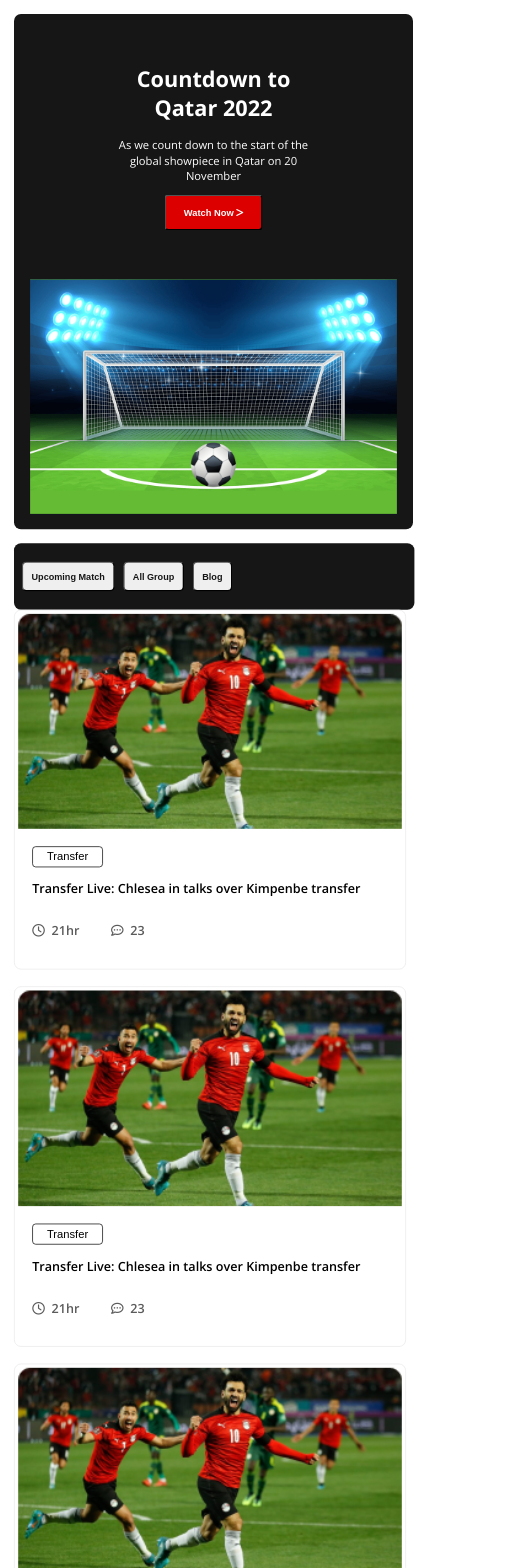
Repository: zjria/Qatar-world-cup
Page: index.html
These files come from the project's save history. The page is drawn as it stood at one moment and after the next save; the edit follows.
The browser window is 600 px wide. The page is 750 px wide, so the pictures cover 750 px, including what lies to the right of the window. The pictures show the part of the page from y = 0 to 2240 px (the page is 4847 px tall), at 70% of full size.

Above is the page before, as saved 2022-09-11 10:20:41.

### index.html
<!DOCTYPE html>
<html lang="en">

<head>
    <meta charset="UTF-8">
    <meta http-equiv="X-UA-Compatible" content="IE=edge">
    <meta name="viewport" content="width=device-width, initial-scale=1.0">
    <title>QATAR WORLD CUP</title>
    <!-- Font Awesome CDN Link -->
    <link rel="stylesheet" href="https://cdnjs.cloudflare.com/ajax/libs/font-awesome/6.2.0/css/all.min.css"
        integrity="sha512-xh6O/CkQoPOWDdYTDqeRdPCVd1SpvCA9XXcUnZS2FmJNp1coAFzvtCN9BmamE+4aHK8yyUHUSCcJHgXloTyT2A=="
        crossorigin="anonymous" referrerpolicy="no-referrer" />
    <!-- Font Awesome CDN Link -->
    <link rel="stylesheet" href="https://cdnjs.cloudflare.com/ajax/libs/font-awesome/6.2.0/css/all.min.css"
        integrity="sha512-xh6O/CkQoPOWDdYTDqeRdPCVd1SpvCA9XXcUnZS2FmJNp1coAFzvtCN9BmamE+4aHK8yyUHUSCcJHgXloTyT2A=="
        crossorigin="anonymous" referrerpolicy="no-referrer" />
    <!-- Custom CSS -->
    <link rel="stylesheet" href="style.css">

</head>

<body>
    <!-- <h1 style="text-align:center;">Allahu Akber</h1> -->


    <!-- Header Section -->
    <header class="header-container">

        <div class="header-text">
            <h1>Countdown to Qatar 2022</h1>
            <p>As we count down to the start of the global showpiece in Qatar on 20 November</p>
            <button>Watch Now <i class="fa-solid fa-greater-than"></i> </button>
        </div>

        <div class="header-img">
            <marquee behavior="alternate" scrollamount="0" direction="">
                <marquee behavior="alternate" scrollamount="0" direction="">
                    <img src="images/Ball.png" class="ball" alt="">
                </marquee>
            </marquee>
        </div>
    </header>


    <!-- Nav Section start HTML -->
    <div class="nav-container">
        <nav class="nav-section">
            <div class="all-button">
                <button><a href="match.html">Upcoming Match</a></button>
                <button><a href="#">All Group</a></button>
                <button><a href="index.html">Blog</a></button>
            </div>
        </nav>

        <!-- Main Section Start HTML  -->
        <main class="main-section">
            <div class="transfer">
                <img src="images/Blog Image.png" alt=""> <br>
                <div class="button-text">
                    <button>Transfer</button>
                    <p>Transfer Live: Chlesea in talks over Kimpenbe transfer</p>
                    <div class="icons">
                        <p><i class="fa-regular fa-clock"></i> <span>21hr</span></p>
                        <p><i class="fa-regular fa-comment-dots"></i> <span> 23</span></p>
                    </div>
                </div>
            </div>
            <div class="transfer">
                <img src="images/Blog Image.png" alt=""> <br>
                <div class="button-text">
                    <button>Transfer</button>
                    <p>Transfer Live: Chlesea in talks over Kimpenbe transfer</p>
                    <div class="icons">
                        <p><i class="fa-regular fa-clock"></i> <span>21hr</span></p>
                        <p><i class="fa-regular fa-comment-dots"></i> <span> 23</span></p>
                    </div>
                </div>
            </div>
            <div class="transfer">
                <img src="images/Blog Image.png" alt=""> <br>
                <div class="button-text">
                    <button>Transfer</button>
                    <p>Transfer Live: Chlesea in talks over Kimpenbe transfer</p>
                    <div class="icons">
                        <p><i class="fa-regular fa-clock"></i> <span>21hr</span></p>
                        <p><i class="fa-regular fa-comment-dots"></i> <span> 23</span></p>
                    </div>
                </div>
            </div>
            <div class="transfer">
                <img src="images/Blog Image.png" alt=""> <br>
                <div class="button-text">
                    <button>Transfer</button>
                    <p>Transfer Live: Chlesea in talks over Kimpenbe transfer</p>
                    <div class="icons">
                        <p><i class="fa-regular fa-clock"></i> <span>21hr</span></p>
                        <p><i class="fa-regular fa-comment-dots"></i> <span> 23</span></p>
                    </div>
                </div>
            </div>
            <div class="transfer">
                <img src="images/Blog Image.png" alt=""> <br>
                <div class="button-text">
                    <button>Transfer</button>
                    <p>Transfer Live: Chlesea in talks over Kimpenbe transfer</p>
                    <div class="icons">
                        <p><i class="fa-regular fa-clock"></i> <span>21hr</span></p>
                        <p><i class="fa-regular fa-comment-dots"></i> <span> 23</span></p>
                    </div>
                </div>
            </div>
            <div class="transfer">
                <img src="images/Blog Image.png" alt=""> <br>
                <div class="button-text">
                    <button>Transfer</button>
                    <p>Transfer Live: Chlesea in talks over Kimpenbe transfer</p>
                    <div class="icons">
                        <p><i class="fa-regular fa-clock"></i> <span>21hr</span></p>
                        <p><i class="fa-regular fa-comment-dots"></i> <span> 23</span></p>
                    </div>
                </div>
            </div>
        </main>
    </div>

    <!-- Only Table -->
    <div class="view-all">
        <Button>View All</Button>
    </div>

    <!-- Footer Section start -->
    <div class="footer-container">
        <div class="footer">
            <h2>Goal</h2>
            <hr>
            <div class="footer-text">
                <ul>
                    <li>Contact Us</li>
                    <li>Terms of Service</li>
                    <li>Privacy Policy</li>
                    <li>Privacy Settings</li>
                    <li>Goal App</li>
                    <li>Goal Live</li>
                </ul>
            </div>
        </div>
        <!-- Social Icons start -->
        <div class="social-icons">
            <ul>
                <li><a href="https://web.facebook.com/profile.php?id=100010388645936"><i
                            class="fa-brands fa-facebook"></i></a></li>
                <li><a href="https://www.linkedin.com/in/web-developer-zj/"><i class="fa-brands fa-linkedin"></i></a>
                </li>
                <li><a href="https://twitter.com/webdeveloper_zj"><i class="fa-brands fa-twitter"></i></a></li>
            </ul>
        </div>
    </div>
</body>

</html>

### style.css
/* Google Fonts Link */
@import url('https://fonts.googleapis.com/css2?family=Open+Sans:wght@300;400;500;600;700&family=Poppins:wght@500&family=Roboto:wght@100;300;400;500;700;900&display=swap');

body {
    font-family: 'Open Sans', sans-serif;
    margin: 0%;
    padding: 0%;
    background-color: white;
}

/* Header Section */

.header-container {
    display: flex;
    border-radius: 10px;
    margin-bottom: 130px;
    margin: 20px;
    background: #161616;
}

.header-container .header-text {
    color: #FFFFFF;
    padding: 50px;
    width: 50%;

}

.header-container .header-text h1 {
    font-size: 42px;
    bottom: 20px;
}

.header-container .header-text p {
    font-size: 16px;
}

.header-container .header-text button {
    background: #DD0000;
    border-radius: 5px;
    padding: 16px 25px;
    color: white;
    font-weight: 700;
}

.header-img {
    background: url(images/goal-bar.png);
    background-repeat: no-repeat;
    background-position: center;
    background-size: 90%;
    width: 50%;
}

.header-img .ball {
    justify-content: center;
    align-items: center;
    margin: 0 auto;
    display: flex;
    margin-top: 54%;
}

.header-img img {
    width: 10%;
}

.ball {
    transition: transform 0.3s ease-out;
}

.header-img:hover .ball {
    transform: rotate(90deg);
    transform: translate(280px, -50%);
    padding-top: -60px;
    transform: scale(0.5) translate(-100%, -100%) rotate(0.5turn);

}


/* Nav Section Start */

.nav-container {
    display: flex;
    margin: 20px;
    flex-direction: row;
}

.nav-section {
    background: #161616;
    border-radius: 10px;
    margin-right: 24px;
    height: 300px;
    width: 312px;
}

.all-button {
    display: flex;
    flex-direction: column;
    margin: 30px 30px 0px 30px;
}

.all-button button {
    padding: 17px;
    margin-bottom: 20px;
    border-radius: 10px;
    font-weight: 700;
    font-size: 16px;
}

.all-button button a {
    text-decoration: none;
    color: #161616;
}

.all-button button:hover {
    background-color: #DD0000;
    color: white;
}

/* Main Section */
.main-section {
    display: grid;
    grid-template-columns: repeat(3, 1fr);
    grid-column-gap: 24px;
    grid-row-gap: 24px;
}

.transfer {
    border: 1px solid #E8E8E8;
    border-radius: 10px;
    padding: 5px;
}

.transfer .match-vs {
    display: flex;
    justify-content: center;
    align-items: center;
    text-align: center;
}

.transfer .match-text {
    justify-content: center;
    align-items: center;
    text-align: center;
}

.transfer span {
    padding: 0 5px;
}

.button-text {
    padding: 20px;
}

.button-text button {
    padding: 5px 20px;
    border: 1px solid;
    border-radius: 5px;
    font-size: 16px;
    background-color: white;
}

.button-text p {
    font-size: 18px;
    font-weight: 600;
}

.match-vs #img-style {
    width: 40%;
}

.transfer img {
    width: 100%;
}

.icons {
    display: flex;
    color: rgba(22, 22, 22, 0.7);
    font-size: 16px;
}

.icons p {
    margin-right: 40px;
}

/* Only Table */
.view-all {
    display: flex;
    justify-content: center;
    margin: 0 auto;
    margin-right: -25%;
}

.view-all button {
    padding: 10px 30px;
    border: 1px solid;
    border-radius: 5px;
    font-size: 16px;
    color: white;
    background-color: #DD0000;
    font-weight: 700;
}



/* Footer Container style start */
.footer-container {
    width: 100%;
    background: #161616;
    margin-top: 50px;
}

.footer hr {
    border: 1px solid rgba(255, 255, 255, 0.1);

}

.footer {
    text-align: center;
    justify-content: center;
    align-items: center;
    margin: 0 auto;
    padding: 20px 0px;
}

.footer hr {
    margin: 0px 20px;
}

.footer-container h2 {
    color: #FFFFFF;
    font-weight: 600;
    font-size: 40px;

}

.footer-container .footer-text {
    color: #FFFFFF;
    text-align: center;
    justify-content: center;
    align-items: center;

}

.footer-container .footer-text ul {
    display: flex;
    text-align: center;
    justify-content: center;
    align-items: center;
    /* margin: 0px 20px; */
    padding: 0px;
}

.footer-container .footer-text ul li {
    text-decoration: none;
    list-style: none;
    margin: 20px 20px;
    color: #B9B9B9;
    font-size: 16px;
}

/* Social Icons style start */
.social-icons {
    color: white;
    font-size: 20px;
    margin: 0 auto;
    text-align: center;
    justify-content: center;
    align-items: center;
    display: flex;
}

.social-icons ul {
    display: flex;
}

.social-icons ul li {
    background-color: coral;
    border-radius: 50%;
    width: 30px;
    height: 30px;
    border: 1px solid ghostwhite;
    list-style: none;
    margin: 10px;

}

.social-icons ul li a {
    color: white;
}

/* Media Query styles */
@media only screen and (max-width: 688px) {
    .header-container .header-text h1 {
        font-size: 31px;
        bottom: 20px;
    }

    .header-container {
        /* display: flex; */
        /* margin: 20px; */
        /* background: #161616; */
        flex-direction: column;
        text-align: center;
        align-items: center;
        width: 95%;
    }

    .header-img .ball {
        justify-content: center;
        align-items: center;
        margin: 0 auto;
        display: flex;
        margin-top: 31%;
    }

    .header-img {
        background-size: 80%;
        width: 115%;
        padding: 50px 0px;
    }

    .all-button {
        display: flex;
        flex-direction: row;
        margin: 0px 0px 0px -15px;
    }

    .all-button button {
        padding: 12px;
        margin: 6px;
        border-radius: 7px;
        font-weight: 700;
        font-size: 13px;
    }

    .nav-section {
        background: #161616;
        border-radius: 10px;
        /* margin-right: 24px; */
        width: 95%;
        height: 55px;
        padding: 20px;
    }

    .nav-container {
        display: flex;
        margin: 20px;
        flex-direction: column;
    }

    .main-section {
        display: grid;
        grid-template-columns: repeat(1, 1fr);
        grid-column-gap: 24px;
        grid-row-gap: 24px;
    }

    .footer-container .footer-text ul {
        display: flex;
        text-align: center;
        justify-content: center;
        align-items: center;
        /* margin: 0px 20px; */
        padding: 0px;
        flex-direction: column;
    }

    .match-vs #img-style {
        width: 35%;
    }
}

After the next save:
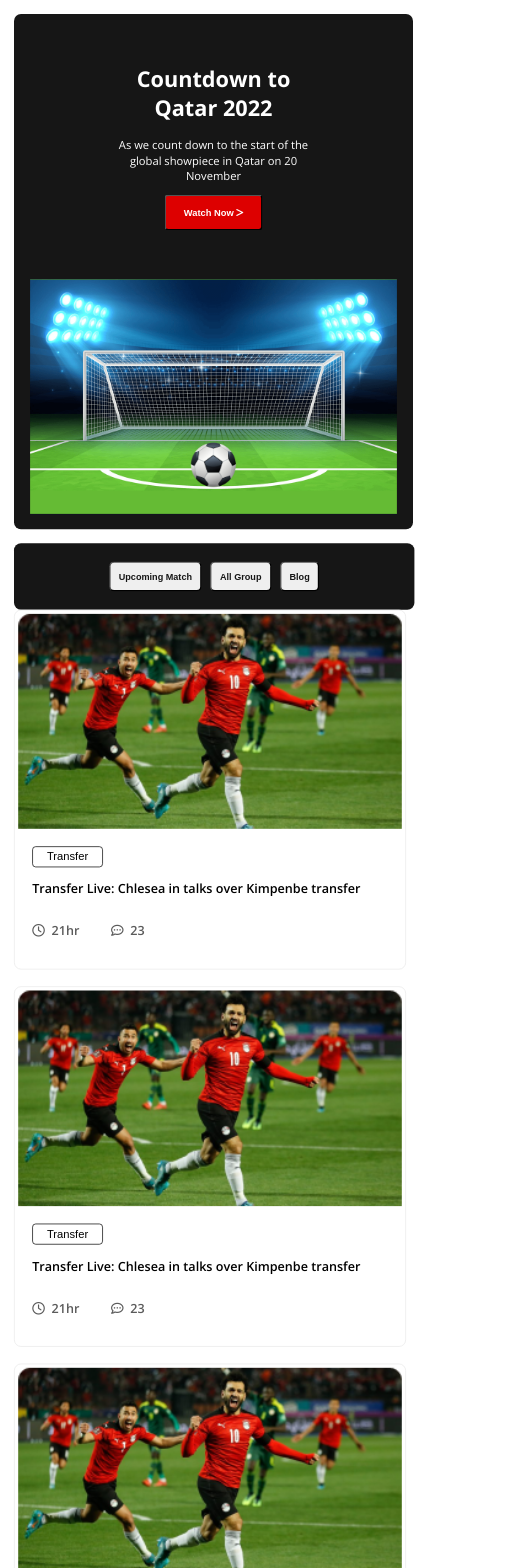
Saved 2 min 0 s later.
--- a/style.css
+++ b/style.css
@@ -321,7 +321,10 @@
     .all-button {
         display: flex;
         flex-direction: row;
-        margin: 0px 0px 0px -15px;
+        margin: 0px 0px 0px 0px;
+        align-items: center;
+        justify-content: center;
+        text-align: center;
     }
 
     .all-button button {
